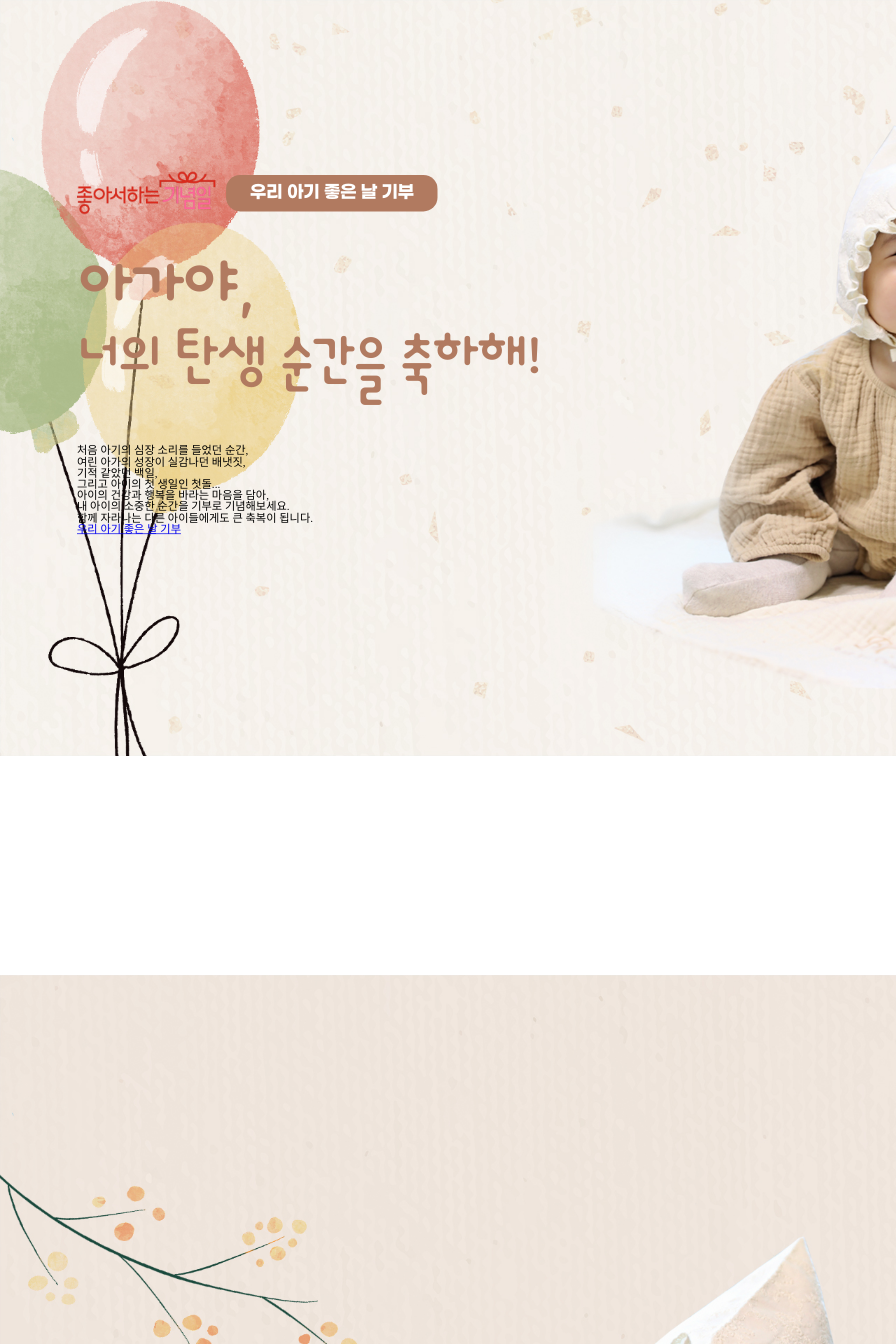
Repository: dlgywls1130/save_the_children
Page: index.html
An editor plug-in stored every save of this project. The page is shown before and after the next save, followed by the edit.
The browser window is 1280 px wide. The pictures show the part of the page from y = 0 to 1920 px (the page is 5153 px tall), at 70% of full size.

Above is the page before, as saved 2023-12-12 21:20:51.

### index.html
<!DOCTYPE html>
<html lang="en">
<head>
    <meta charset="UTF-8">
    <meta name="viewport" content="width=device-width, initial-scale=1.0">
    <title>세이브더칠드런</title>

    <link rel="stylesheet" href="./css/reset.css">
    <link rel="stylesheet" href="./css/style.css">
</head>
<body>
    <div class="content_body">
        <section class="section_wrapper section01">
            <div class="se01 se_wrapper">
                <div class="se01_sub">
                    <div class="sub_logo">
                        <img src="./img/logo01.png" alt="logo">
                    </div>
                    <p>우리 아기 좋은 날 기부</p>
                </div>
                <p class="seo01_title">
                    아가야,
                </p>
                <p class="seo01_title_two">
                    너의 <span>탄생</span> 순간을 축하해!
                </p>
                <p class="section_descript">
                    처음 아기의 심장 소리를 들었던 순간,
                    <br>여린 아가의 성장이 실감나던 배냇짓,
                    <br>기적 같았던 백일,
                    <br>그리고 아이의 첫 생일인 첫돌...
                </p>
                <p class="section_descript">
                    아이의 건강과 행복을 바라는 마음을 담아,
                    <br>내 아이의 소중한 순간을 기부로 기념해보세요.
                    <br>함께 자라나는 다른 아이들에게도 큰 축복이 됩니다.
                </p>

                <a href="javascript:void(0)">우리 아기 좋은 날 기부</a>
            </div>
        </section>
        <section class="section_wrapper section02">
            <div class="se02 se_wrapper">

            </div>
        </section>
        <section class="section_wrapper section03">

        </section>
        <section class="section_wrapper section04">

        </section>
        <section class="section_wrapper section05">

        </section>
        <section class="section_wrapper section06">

        </section>
        <section class="section_wrapper section07">

        </section>
        <section class="section_wrapper section08">

        </section>
    </div>
</body>
</html>

### css/reset.css


html, body, div, span, applet, object, iframe,
h1, h2, h3, h4, h5, h6, p, blockquote, pre,
a, abbr, acronym, address, big, cite, code,
del, dfn, em, img, ins, kbd, q, s, samp,
small, strike, strong, sub, sup, tt, var,
b, u, i, center,
dl, dt, dd, ol, ul, li,
fieldset, form, label, legend,
table, caption, tbody, tfoot, thead, tr, th, td,
article, aside, canvas, details, embed,
figure, figcaption, footer, header, hgroup,
menu, nav, output, ruby, section, summary,
time, mark, audio, video {
	margin: 0;
	padding: 0;
	border: 0;
	font-size: 100%;
	font: inherit;
	vertical-align: baseline;
}

article, aside, details, figcaption, figure,
footer, header, hgroup, menu, nav, section {
	display: block;
}
body {
	line-height: 1;
}
ol, ul {
	list-style: none;
}
blockquote, q {
	quotes: none;
}
blockquote:before, blockquote:after,
q:before, q:after {
	content: '';
	content: none;
}
table {
	border-collapse: collapse;
	border-spacing: 0;
}

### css/style.css

/* root */
:root{
    --main-color:#B17A60;
}


/* font */

/* dongle */
@font-face {
    font-family: 'Dongle';
    font-weight: 300;
    src: url('../font/Dongle-Light.ttf') format('ttf'),
    url('../font/Dongle-Light.woff') format('woff');
}

@font-face {
    font-family: 'Dongle';
    font-weight: 500;
    src: url('../font/Dongle-Regular.ttf') format('ttf'),
    url('../font/Dongle-Regular.woff') format('woff');
}

@font-face {
    font-family: 'Dongle';
    font-weight: 700;
    src: url('../font/Dongle-Bold.ttf') format('ttf'),
    url('../font/Dongle-Bold.woff') format('woff');
}


/* Gmarket */
@font-face {
    font-family: 'GmarketSans';
    font-weight: 300;
    src: url('../font/GmarketSansLight.ttf') format('ttf'),
    url('../font/GmarketSansLight.woff') format('woff');
}

@font-face {
    font-family: 'GmarketSans';
    font-weight: 500;
    src: url('../font/GmarketSansMedium.ttf') format('ttf'),
    url('../font/GmarketSansMedium.woff') format('woff');
}

@font-face {
    font-family: 'GmarketSans';
    font-weight: 700;
    src: url('../font/GmarketSansBold.ttf') format('ttf'),
    url('../font/GmarketSansBold.woff') format('woff');
}


/* nanumsqure */

@font-face {
    font-family: 'NanumSquare';
    font-weight: 400;
    src: url('../font/NanumSquareL.ttf') format('ttf'),
    url('../font/NanumSquareL.woff') format('woff');
}

@font-face {
    font-family: 'NanumSquare';
    font-weight: 500;
    src: url('../font/NanumSquareR.ttf') format('ttf'),
    url('../font/NanumSquareR.woff') format('woff');
}

@font-face {
    font-family: 'NanumSquare';
    font-weight: 600;
    src: url('../font/NanumSquareB.ttf') format('ttf'),
    url('../font/NanumSquareB.woff') format('woff');
}

@font-face {
    font-family: 'NanumSquare';
    font-weight: 700;
    src: url('../font/NanumSquareEB.ttf') format('ttf'),
    url('../font/NanumSquareEB.woff') format('woff');
}



/* scdream5 */
@font-face {
    font-family: 'SCDream5';
    src: url('../font/SCDream5.woff') format('woff'),
    url('../font/SCDream5.ttf') format('ttf'),
    url('../font/SCDream5.otf') format('otf');
}


.section_wrapper{
    max-width:1920px;
    width: 100%;

}

.se_wrapper{
    max-width: 1060px;
    margin: 0 auto;
    width: 100%;
}


/* section01 */


.section01{
    height: 1080px;
    padding: 243px 0 70px;
    background: url('../img/back01.jpg') no-repeat;
}

.se01_sub{
    display: flex;
    align-items: center;
    margin-bottom: 40px;
}

.sub_logo{
    width: 198px;
    height: 65px;
    margin-right: 15px;
}

.sub_logo img{
    width: 100%;
    height: 100%;
    object-fit: contain;
}

.se01_sub p{
    width: 302px;
    height: 52px;
    background: #B17A60;
    border-radius: 20px;
    display: flex;
    align-items: center;
    justify-content: center;
    letter-spacing: -0.03em;
    font-size: 25px;
    font-weight: 700;
    font-family: 'GmarketSans',sans-serif;
    color: #fff;
}

.seo01_title{
    font-family: 'Dongle',sans-serif;
    font-weight: 500;
    font-size: 150px;
    color: var(--main-color);
    letter-spacing: -0.03em;
}

.seo01_title_two{
    font-family: 'Dongle',sans-serif;
    font-weight: 500;
    font-size: 120px;
    color: var(--main-color);
    letter-spacing: -0.03em;
    margin-top: -4%;
    margin-bottom: 60px;
}

/* section02 */

.section02{
    height: 1340px;
    background: url('../img/back03.jpg') no-repeat;
}

/* section03 */

.section03{
    height: 1340px;
    background: url('../img/back04.jpg') no-repeat;
}

/* section04 */

.section04{
    height: 1080px;

}

/* section05 */

/* section06 */

/* section07 */

/* section08 */

After the next save:
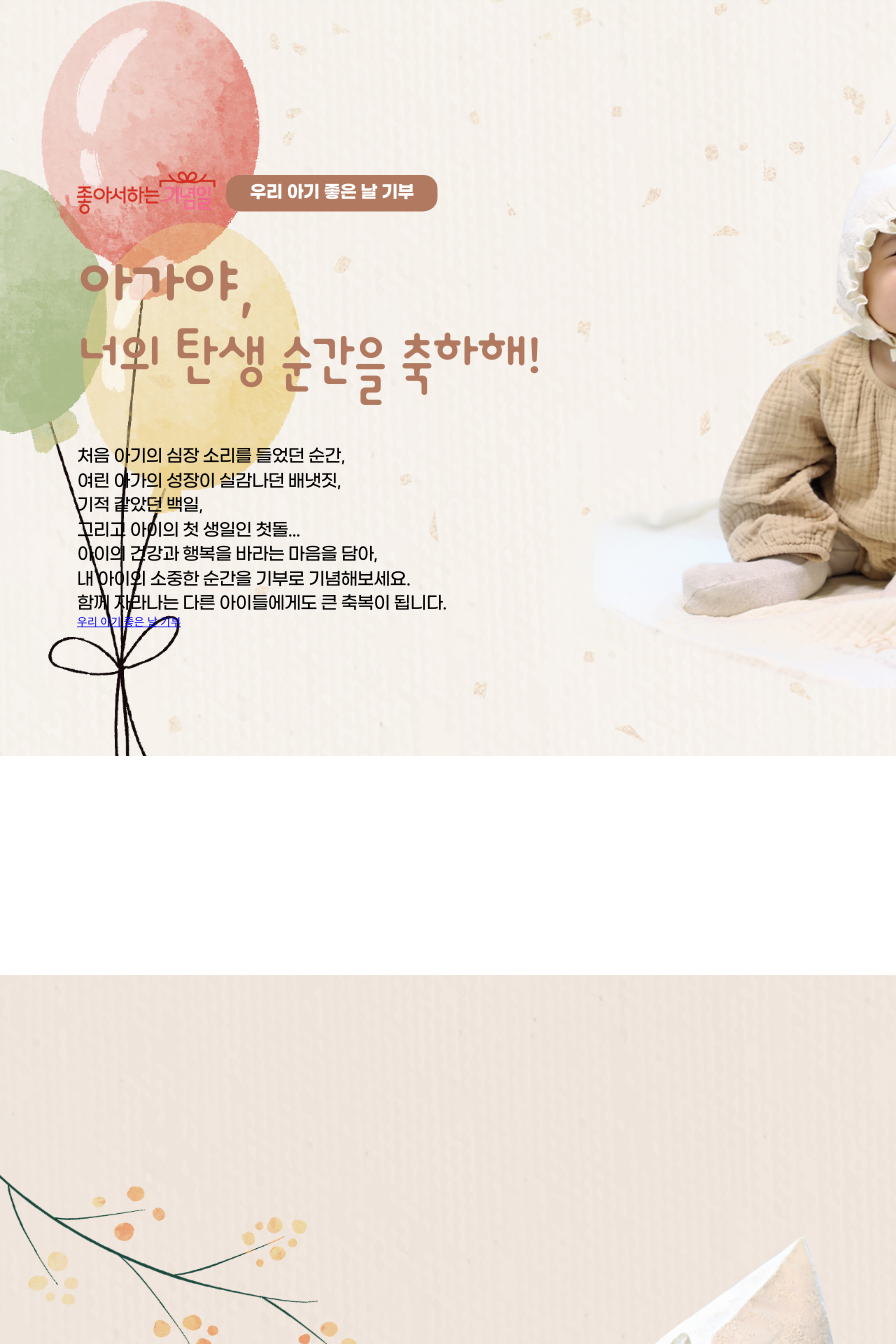
Saved 114 s later.
--- a/css/style.css
+++ b/css/style.css
@@ -167,6 +167,14 @@
     margin-bottom: 60px;
 }
 
+.section_descript{
+    font-size: 25px;
+    line-height: 35px;
+    font-family: 'GmarketSans';
+    font-weight: 500;
+    letter-spacing: -0.03em;
+    color: #000;
+}
 /* section02 */
 
 .section02{
